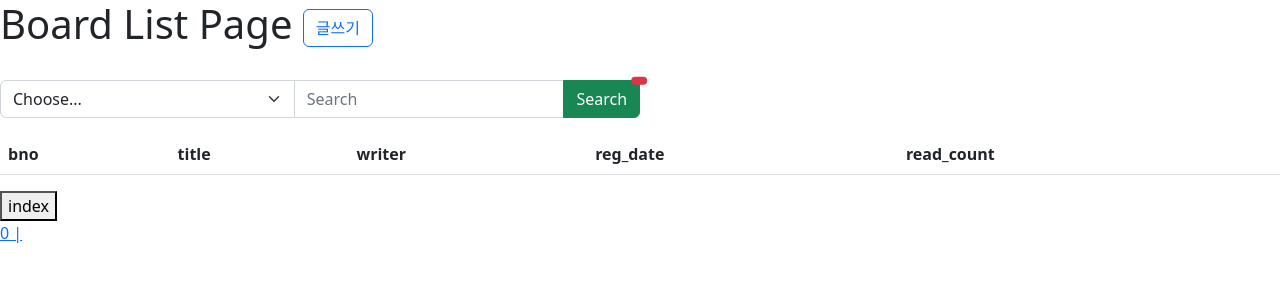
Repository: donghoonshin96/20230601
Page: http://localhost/jsp_project4/board/list.jsp
An editor plug-in stored every save of this project. The page is shown before and after the next save, followed by the edit.
The browser window is 1280 px wide. The pictures show the whole page.
The page is served by Tomcat 9. Other server files are loaded and not shown. The template is opened directly, without the code that normally fills it, so the values that code supplies are empty.

Above is the page before, as saved 2023-05-30 03:28:59.

### jsp_project4/jsp_project4/src/main/webapp/board/list.jsp
<%@ page language="java" contentType="text/html; charset=UTF-8"
    pageEncoding="UTF-8"%>
<%@ taglib uri="http://java.sun.com/jsp/jstl/core"  prefix="c" %>
<!DOCTYPE html>
<html>
<head>
<meta charset="UTF-8">
<title>Board List Page</title>
<!-- CSS only -->
<link href="https://cdn.jsdelivr.net/npm/bootstrap@5.2.2/dist/css/bootstrap.min.css" rel="stylesheet" integrity="sha384-Zenh87qX5JnK2Jl0vWa8Ck2rdkQ2Bzep5IDxbcnCeuOxjzrPF/et3URy9Bv1WTRi" crossorigin="anonymous">
<!-- JavaScript Bundle with Popper -->
<script src="https://cdn.jsdelivr.net/npm/bootstrap@5.2.2/dist/js/bootstrap.bundle.min.js" integrity="sha384-OERcA2EqjJCMA+/3y+gxIOqMEjwtxJY7qPCqsdltbNJuaOe923+mo//f6V8Qbsw3" crossorigin="anonymous"></script>
</head>
<body>
<div class="col-sm-12 col-md-6">
<h1>Board List Page
<a href="/brd/register" class="btn btn-outline-primary">글쓰기</a>
</h1><br>
</div>
<!-- 검색 라인 -->
<div class="col-sm-12 col-md-6">
<form action="/brd/page" method="post">
	<div  class="input-group mb-3">
		<c:set value="${pgh.pgvo.type }" var="typed"></c:set>
		<select name="type" class="form-select">
		<!-- selected : 현재 내가 선택한 값 -->
			<option ${typed == null ? 'selected':'' }>Choose...</option>
			<option value="t" ${typed eq 't' ? 'selected':'' }>title</option>
			<option value="c" ${typed eq 'c' ? 'selected':'' }>content</option>
			<option value="w" ${typed eq 'w' ? 'selected':'' }>writer</option>
			<option value="tc" ${typed eq 'tc' ? 'selected':'' }>title or content</option>
			<option value="tw" ${typed eq 'tw' ? 'selected':'' }>title or writer</option>
			<option value="cw" ${typed eq 'cw' ? 'selected':'' }>content or writer</option>
		</select>
		<input class="form-control" type="text" name="keyword" placeholder="Search">
		<input type="hidden" name="pageNo" value="${pgh.pgvo.pageNo }">
		<input type="hidden" name="qty" value="${pgh.pgvo.qty }">
		<button type="submit" class="btn btn-success position-relative">Search
		<span class="position-absolute top-0 start-100 translate-middle badge rounded-pill bg-danger">
    		${pgh.totalCount }
    		<span class="visually-hidden">unread messages</span></span>
		</button>

	</div>
</form>
</div>

<table class="table table-hover">
<tr>
	<th>bno</th>
	<th>title</th>
	<th>writer</th>
	<th>reg_date</th>
	<th>read_count</th>
</tr>
<c:forEach items="${list }" var="bvo">
<tr>
	<td>${bvo.bno }</td>
	<td>
	<c:if test="${bvo.image_file ne null }">
		<img alt="없음" src="/_fileUpload/th_${bvo.image_file }">

	</c:if>
	<a href="/brd/detail?bno=${bvo.bno }">${bvo.title }</a>
	</td>
	<td>${bvo.writer }</td>
	<td>${bvo.reg_date }</td>
	<td>${bvo.read_count }</td>
</tr>
</c:forEach>
</table>
<a href="/"><button>index</button></a> <br>

<!-- 페이지네이션 위치 -->
<!-- 컨트롤러에서 page 정보를 싣고 와야함.  -->
<!-- startpage~endpage까지 숫자 반복 foreach -->
<!-- 이전페이지 -->
<c:if test="${pgh.prev }">
	<a href="/brd/page?pageNo=${pgh.startPage-1 }&qty=${pgh.pgvo.qty}&type=${pgh.pgvo.type}&keyword=${pgh.pgvo.keyword}"> ◁ </a>
</c:if>
<c:forEach begin="${pgh.startPage }" end="${pgh.endPage }" var="i">
	<a href="/brd/page?pageNo=${i }&qty=${pgh.pgvo.qty}&type=${pgh.pgvo.type}&keyword=${pgh.pgvo.keyword}">${i } | </a>
</c:forEach>
<!-- 다음페이지 -->
<c:if test="${pgh.next }">
	<a href="/brd/page?pageNo=${pgh.endPage+1 }&qty=${pgh.pgvo.qty}&type=${pgh.pgvo.type}&keyword=${pgh.pgvo.keyword}"> ▷ </a>
</c:if>
</body>
</html>

After the next save:
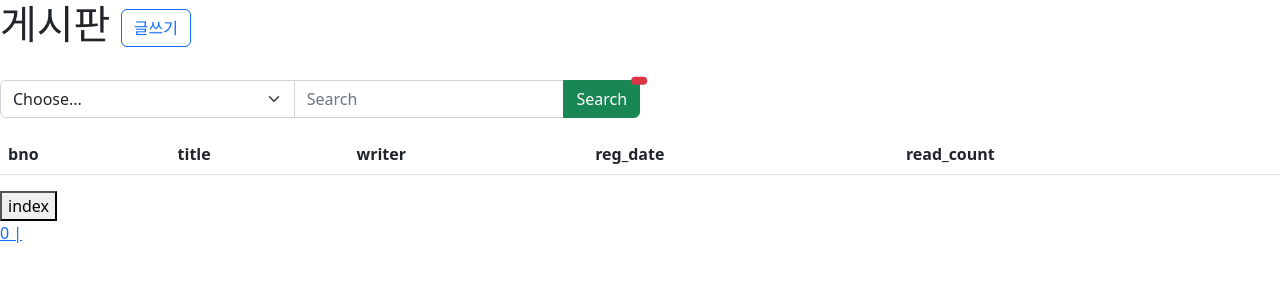
Saved 5 s later.
--- a/jsp_project4/jsp_project4/src/main/webapp/board/list.jsp
+++ b/jsp_project4/jsp_project4/src/main/webapp/board/list.jsp
@@ -13,7 +13,7 @@
 </head>
 <body>
 <div class="col-sm-12 col-md-6">
-<h1>Board List Page
+<h1>게시판
 <a href="/brd/register" class="btn btn-outline-primary">글쓰기</a>
 </h1><br>
 </div>
